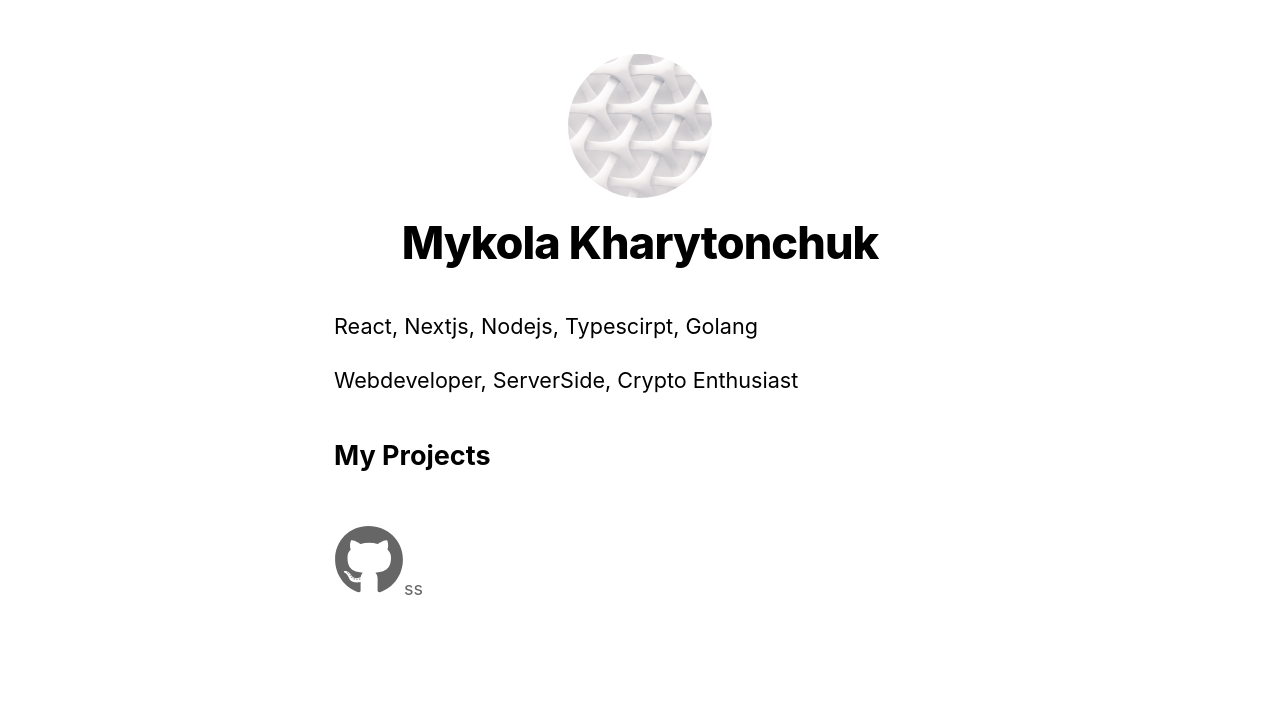
Repository: Mooninghnk/resume
Page: /
These files come from the project's save history. The page is drawn as it stood at one moment and after a run of saves; the edit follows.
The browser window is 1280 px wide. The pictures show the whole page.
The project was rebuilt for these pictures with package versions that can differ from the ones it lists, and the page was loaded fresh each time. The framework's server and built-in components were replaced by stand-ins that run in the browser.

Above is the page before, as saved 2021-12-29 20:19:16.

After the next 3 saves:
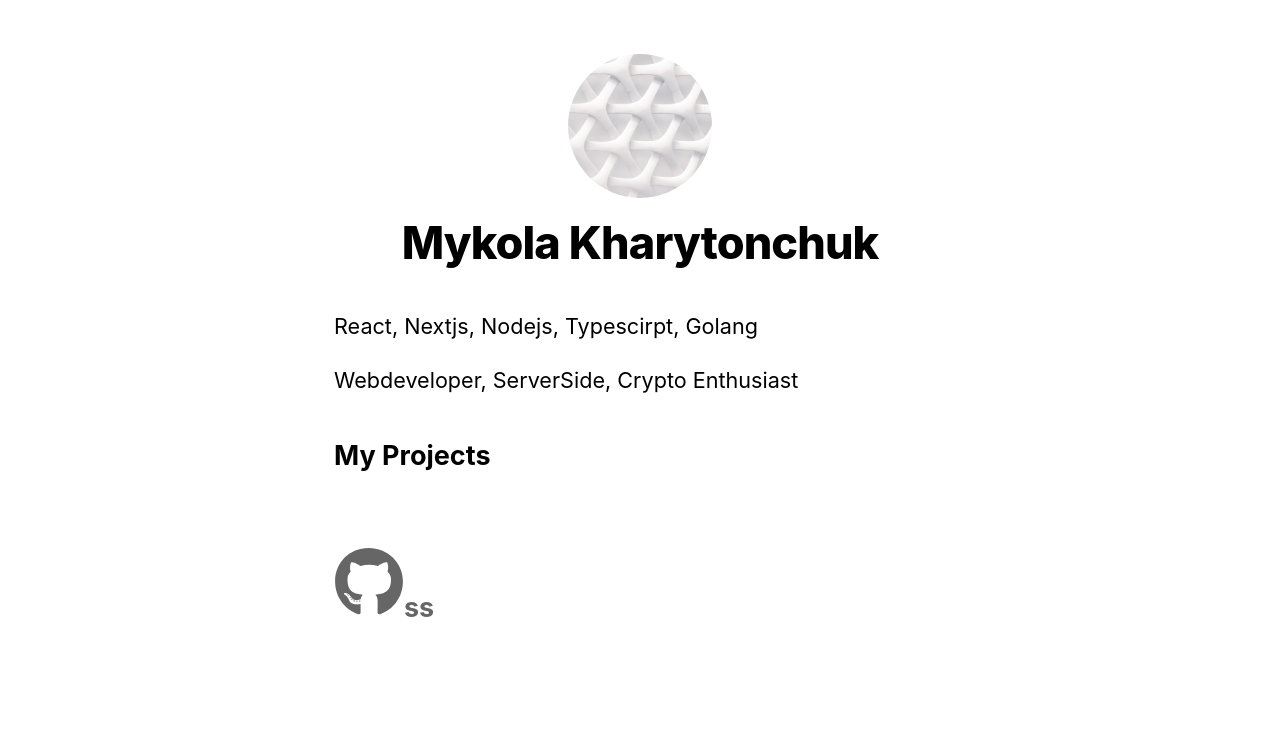
The 3 saves are shown as one change because 1 did not build or start and some came seconds apart.
The last was saved 24 s later.
--- a/pages/index.tsx
+++ b/pages/index.tsx
@@ -24,8 +24,8 @@ export default function Home({ allPostsData }) {
 
               <br />
               <small className={utilStyles.lightText}>
-              <FaGithub size={70}/>
-            ss
+             <h2> <FaGithub size={70}/>ss </h2>
+
               </small>
             </li>
 
